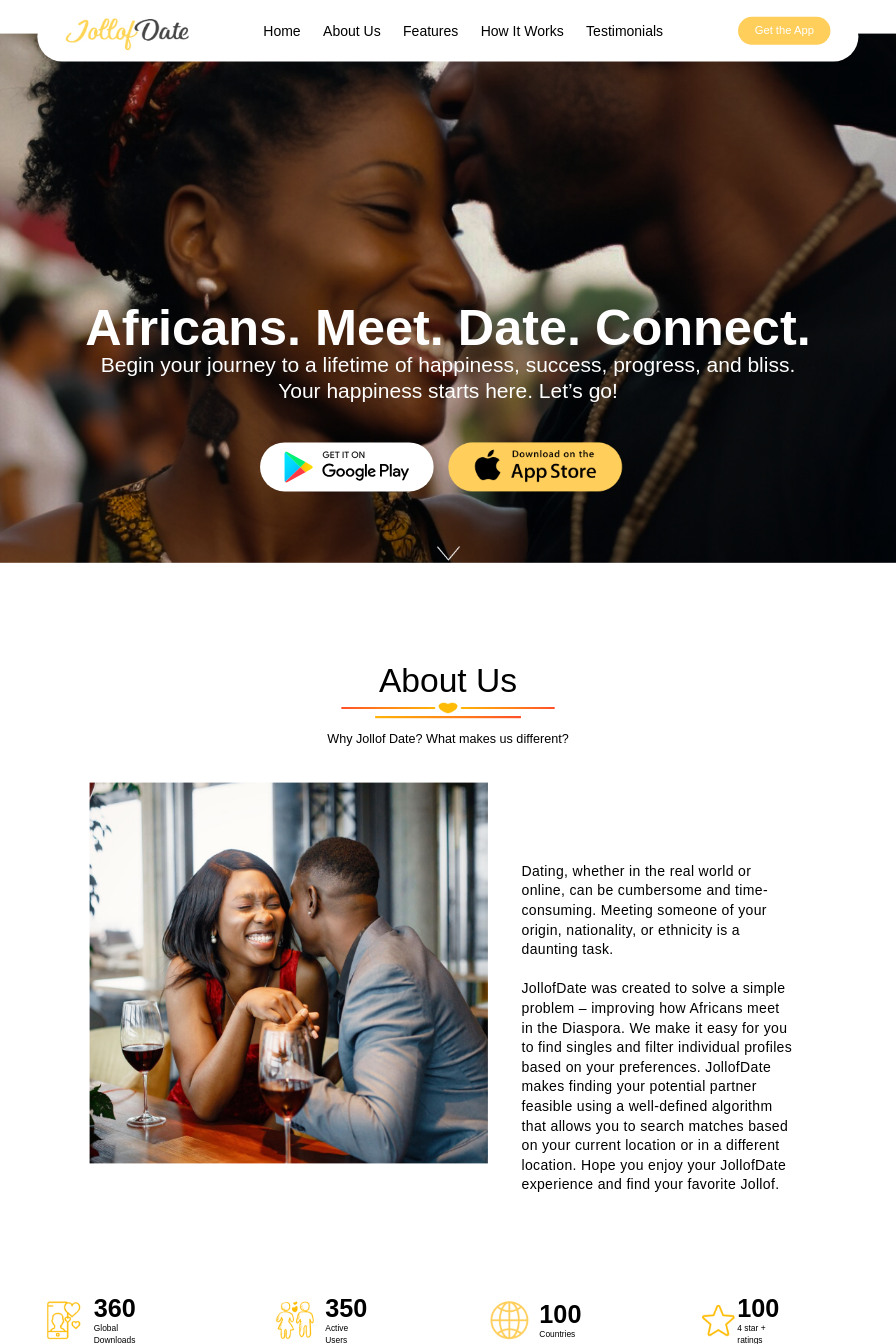
Repository: FarhanNasiru/jollofdate-frontend
Page: /
The author's editor kept a copy of each file at every save. The page is drawn from the files as they stood at one save, then again after the next save.
The browser window is 1280 px wide. The pictures show the part of the page from y = 0 to 1920 px (the page is 7276 px tall before and 7308 px after), at 70% of full size.
Some web fonts or font styles are not loaded; a fallback is used. The project was rebuilt for these pictures with package versions that can differ from the ones it lists, and the page was loaded fresh each time. Also part of the build but not shown: vite.config.js, src/Pages/Footer2.jsx, src/components/Header2.jsx, src/Pages/privacy.jsx, src/Pages/Term.jsx.

Above is the page before, as saved 2024-08-20 17:47:43.

After the next save:
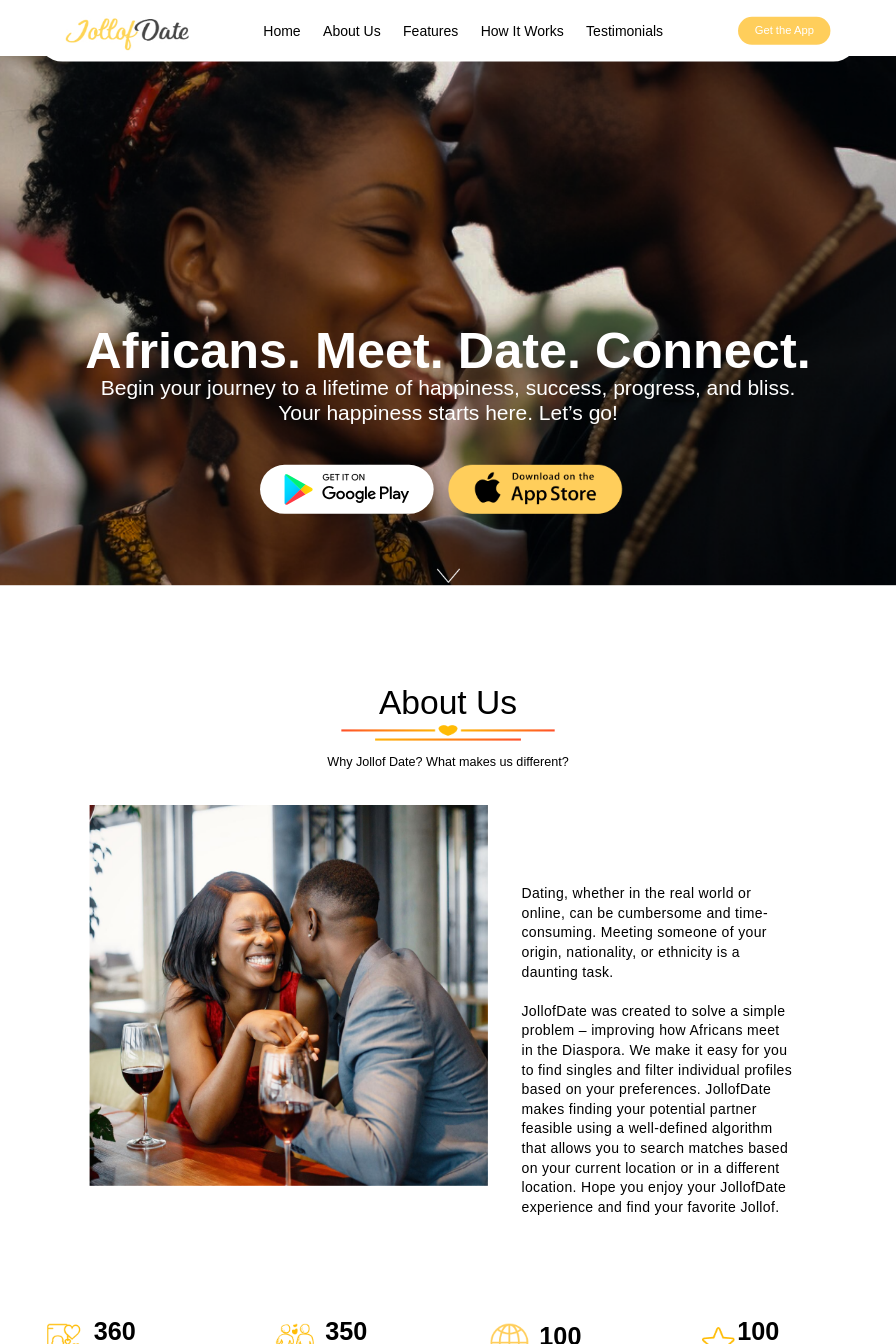
Saved 16 s later.
--- a/src/Pages/Home.jsx
+++ b/src/Pages/Home.jsx
@@ -14,7 +14,7 @@
       <Header />
       <section
         id="home"
-        className=" mt-12 justify-center bg-center bg-no-repeat items-center max-h-max w-full lg:pt-96 bg-[url('/Images/Home-bg.png')] "
+        className=" mt-20 justify-center bg-center bg-no-repeat items-center max-h-max w-full lg:pt-96 bg-[url('/Images/Home-bg.png')] "
       >
         <div>
           <h1 className="  text-wrap text-white text-7xl md:text-7xl  font-medium md:font-semibold text-center h-auto">
